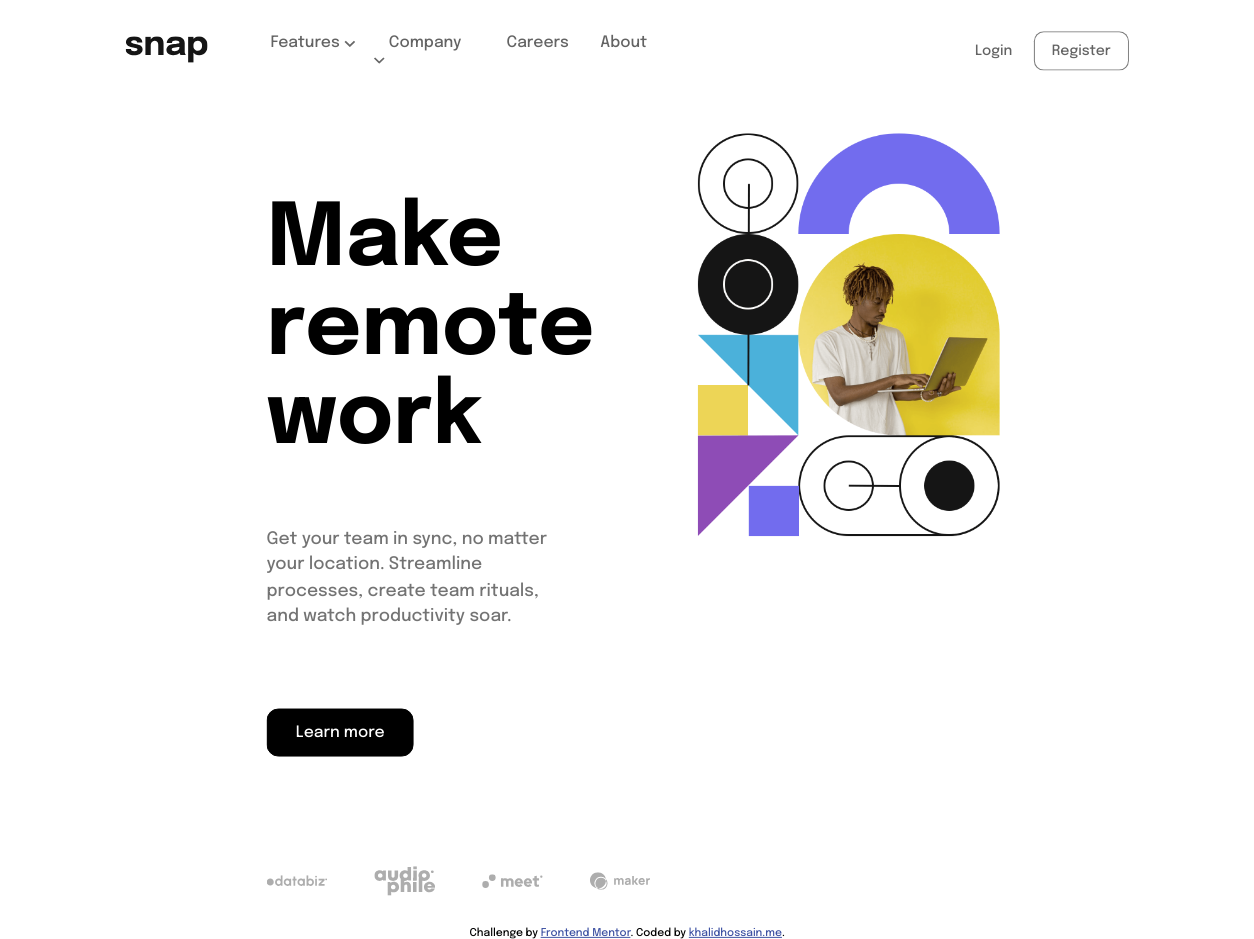
Repository: badhon252/revision
Page: intro-section-with-dropdown-navigation-main/index.html
These files come from the project's save history. The page is drawn as it stood at one moment and after a run of saves; the edit follows.
The browser window is 1280 px wide. The pictures show the whole page, at 98% of full size.
The style sheet was rebuilt from its Sass, Less or Tailwind sources for each picture, by a compiler version that may differ from the author's.

Above is the page before, as saved 2022-08-06 23:07:01.

### intro-section-with-dropdown-navigation-main/index.html
<!DOCTYPE html>
<html lang="en">

<head>
  <meta charset="UTF-8">
  <meta name="viewport" content="width=device-width, initial-scale=1.0">
  <!-- displays site properly based on user's device -->

  <link rel="icon" type="image/png" sizes="32x32" href="./images/favicon-32x32.png">
  <link rel="stylesheet" href="./scss/style.css">
  <title>Frontend Mentor | Intro section with dropdown navigation</title>

  <!-- Feel free to remove these styles or customise in your own stylesheet 👍 -->
  <style>

  </style>
</head>

<body>
  <header id="header">
    <nav class="navbar">
      <div class="navbar-brand"><img src="./images/logo.svg" alt="snap"></div>
      <ul>
        <li class="nav-items dropdown-menu"><a href="" class="nav-links">Features <img class="arrow-icon"
              src="./images/icon-arrow-down.svg" alt="">
            <div class="dropdown">
              <ul class="dropdown-content">
                <li class="dropdown-item">📓Todo List</li>
                <li class="dropdown-item">📅Calender</li>
                <li class="dropdown-item">🔕Reminder </li>
                <li class="dropdown-item">⏲Planing</li>
              </ul>
            </div>
          </a>
        </li>
        <li class="nav-items"><a href="" class="nav-links">Company <img class="arrow-icon"
              src="./images/icon-arrow-down.svg" alt=""></a>
        </li>
        <li class="nav-items"><a href="" class="nav-links">Careers</a></li>
        <li class="nav-items"><a href="" class="nav-links">About</a></li>
      </ul>
      <div class="btn-group">
        <button class="btn-login btn">Login</button>
        <button class="btn-register btn">Register</button>
      </div>
    </nav>


    <div class="content">
      <div class="row">
        <div class="col-md-6">
          <div class="head-line">
            Make <br> remote work
          </div>

          <p class="content-param">
            Get your team in sync, no matter your location. Streamline processes,
            create team rituals, and watch productivity soar.
          </p>

          <button class="btn">Learn more</button>

          <div class="collabs">
            <img src="./images/client-databiz.svg" alt=""><img src="./images/client-audiophile.svg" alt=""><img
              src="./images/client-meet.svg" alt=""><img src="./images/client-maker.svg" alt="">
          </div>

        </div>


        <div class="col-md-6">
          <img class="content-img" src="./images/image-hero-desktop.png" alt="">
        </div>
      </div>
    </div>



  </header>
  <div class="attribution">
    Challenge by <a href="https://www.frontendmentor.io?ref=challenge" target="_blank">Frontend Mentor</a>.
    Coded by <a href="https://www.khalidhossain.me/">khalidhossain.me</a>.
  </div>
</body>

</html>

### intro-section-with-dropdown-navigation-main/scss/style.scss
* {
  margin: 0;
  padding: 0;
  box-sizing: border-box;
  overflow: hidden;
  font-family: "Epilogue", sans-serif;
}
@import url("https://fonts.googleapis.com/css2?family=Epilogue:wght@500;700&display=swap");

#header {
  .navbar {
    display: flex;
    align-items: center;
    padding: 2rem 8rem;
    ul {
      display: flex;
      padding: 0 3rem;

      .nav-items .nav-links {
        text-decoration: none;
        margin: 0 1rem;
        color: rgba(0, 0, 0, 0.61);
        font-weight: 500;
        position: relative;
        &:hover {
          color: #000;
        }
      }
      .dropdown-menu {
        position: relative;
        &:hover .dropdown-content {
          display: block;
        }
      }
      .dropdown {
        display: inline-block;
        position: relative;
        .dropdown-content {
          display: none;
          position: absolute;
          z-index: 1111;
          background-color: #2b9166;
          color: #000;
          min-width: 200px;
          padding: 1rem;
        }
      }
    }
    .arrow-icon {
      width: 10%;
      height: auto;
    }
    .btn-group {
      margin: auto 0 auto auto;

      .btn {
        outline: none;
        padding: 12px 1.1rem;
        background-color: #fff;
        cursor: pointer;
        font-size: 0.9rem;
        color: rgba(0, 0, 0, 0.61);
        &:hover {
          color: #000;
        }
      }
      .btn-login {
        border: none;
        &:hover {
          color: #000;
        }
      }
      .btn-register {
        border: 1px solid rgba(0, 0, 0, 0.527);
        border-radius: 10px;
        &:hover {
          border: 1px solid #000;

          background-color: rgb(0, 0, 0);
          color: rgb(255, 255, 255);
        }
      }
    }
  }

  .content {
    padding: 2rem 8rem 2rem 17rem;

    .row {
      display: flex;
      max-width: 100%;
      .col-md-6 {
        width: 50%;

        .head-line {
          font-size: 5.5rem;
          font-weight: 700;
          padding: 4rem 0;
        }
        .content-param {
          padding: 0 29% 2rem 0;
          line-height: 1.5;
          color: rgba(0, 0, 0, 0.548);
          font-size: 1.1rem;
        }

        .btn {
          padding: 15px 1.8rem;
          outline: none;
          border: none;
          font-size: 1rem;
          background-color: #000;
          color: #fff;
          border-radius: 12px;
          margin: 3rem 0;
          border: 1px solid #000;
          transition: 0.3s;
          cursor: pointer;
          &:hover {
            background-color: #fff;
            color: #000;
          }
        }

        .content-img {
          width: 70%;
          height: auto;
        }
        .collabs {
          display: flex;
          align-items: center;
          padding-top: 4rem;
          img {
            margin-right: 3rem;
            width: 100%;
            height: auto;
          }
        }
      }
    }
  }
}

// footer====
// ===============
// ==========
.attribution {
  font-size: 11px;
  text-align: center;
}

.attribution a {
  color: hsl(228, 45%, 44%);
}

After the next 2 saves:
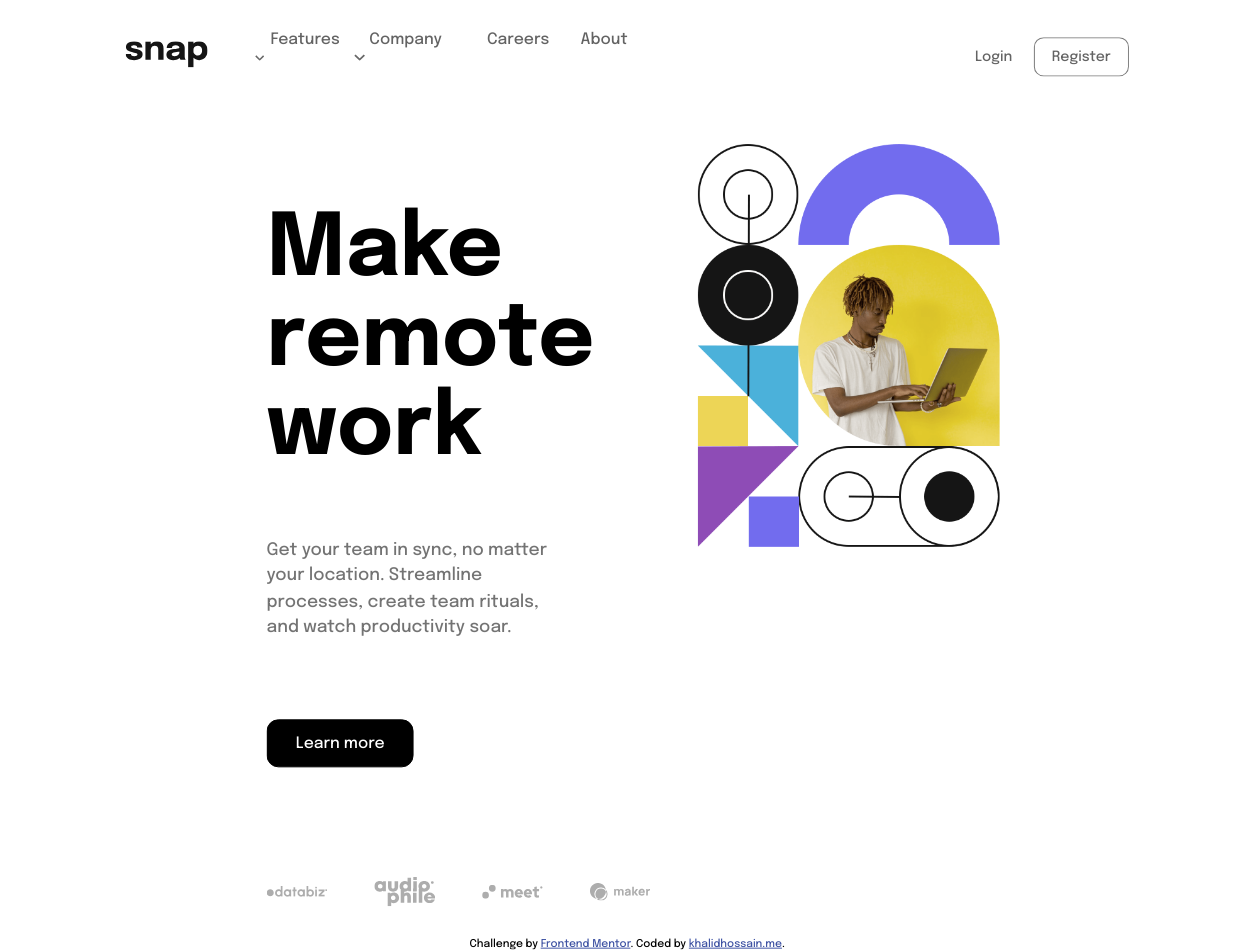
The 2 saves are shown as one change because they came seconds apart.
The last was saved 15 s later.
--- a/intro-section-with-dropdown-navigation-main/scss/style.scss
+++ b/intro-section-with-dropdown-navigation-main/scss/style.scss
@@ -28,13 +28,13 @@
       }
       .dropdown-menu {
         position: relative;
+        display: inline-block;
+
         &:hover .dropdown-content {
           display: block;
         }
       }
       .dropdown {
-        display: inline-block;
-        position: relative;
         .dropdown-content {
           display: none;
           position: absolute;
